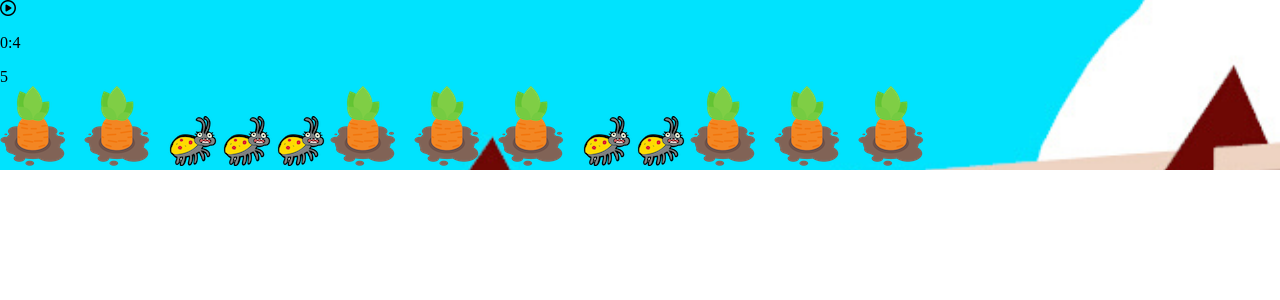
Repository: sephinejo/Mini-carrot-game
Page: index.html
These files come from the project's save history. The page is drawn as it stood at one moment and after the next save; the edit follows.
The browser window is 1280 px wide. The pictures show the whole page.
Some web libraries are served in a nearby version.

Above is the page before, as saved 2023-05-14 21:11:58.

After the next save:
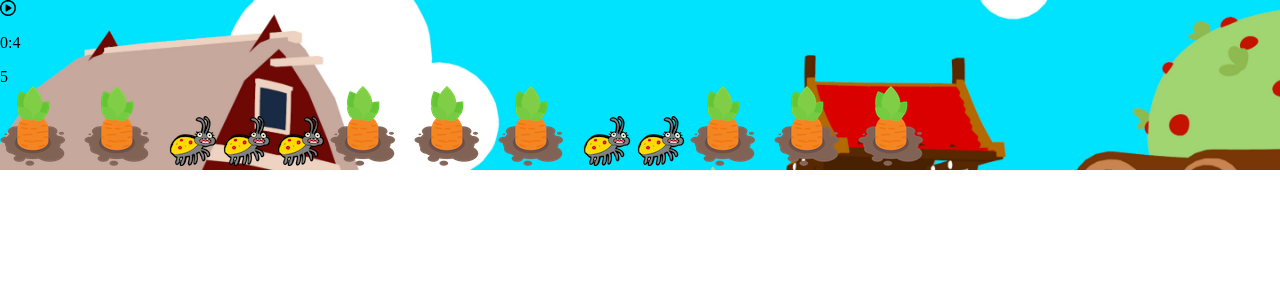
Saved 2 s later.
--- a/style.css
+++ b/style.css
@@ -8,5 +8,5 @@ body {
 
 .container {
   background-size: cover;
-  background: url('img/background.png');
+  background-image: url('img/background.png');
 }
